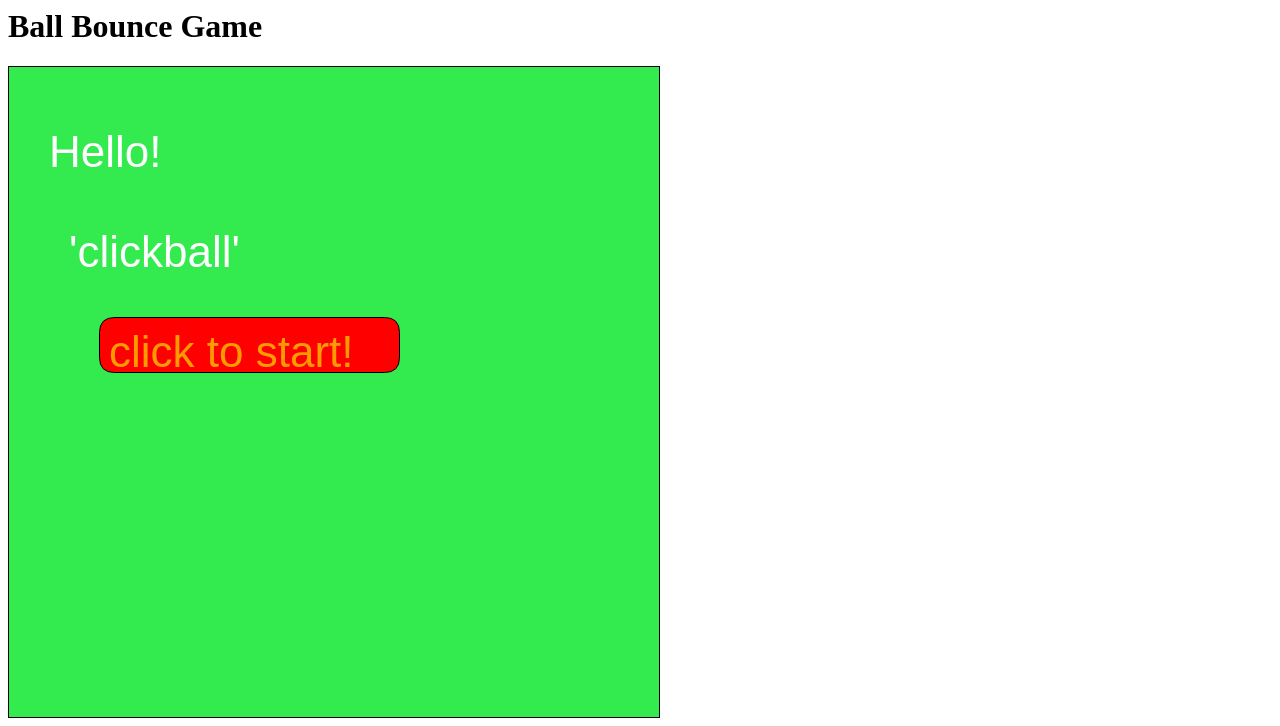
Repository: Alanabarger246/Alanabarger246.github.io
Page: ballbounce.html
The author's editor kept a record of every edit. The page is drawn from the files as they stood at one moment, then again after the next edit.
The browser window is 1280 px wide. The pictures show the whole page.

Above is the page before.

### ballbounce.html
<!Doctype: HTML w/ Processing>

<html>

  <head>
      <meta http-equiv="Content-Type" content="text/html; charset=UTF-8" />
      <title>Processing Demo</title>
      <script type="text/javascript" src="js/processing.js"></script>
  </head>

  <body>
    <h1>Ball Bounce Game</h1>


    <script type="text/processing">

      //DECLARE VARIABLES
int gameState;
int x, y, Vx, Vy;

// SETUP
void setup(){
  size(650,650);
  gameState=0;
  x=200;
  y=200;
  Vx = 5;
  Vy = 3;
}

//MAIN
void draw(){
  background(52, 235, 79); // green background


  if(gameState==0)
  {
    startScreen();
  }else{
    //BEGIN GAME  --TODO
    ellipse(x,y,30,30);
  }
  x = x + Vx;
  y = y + Vy;
  checkWalls();
}


//make the ball bounce
void checkWalls(){
  if (x > width || x < 0)
  {
    Vx = -Vx;
  }
  if (y > height || y < 0)
  {
    Vy = -Vy;
  }
}

void startScreen(){
  textSize(44);
  fill(255); //white
  text("Hello!",40,100);
  text("'clickball'",60,200);
  if(mouseX > 95 && mouseX < 395 && mouseY > 265 && mouseY < 310){
    fill(219, 52, 235); //purple
    if(mousePressed){
      gameState=1;

    }
  }
  else{
    fill(255,0,0);  //red
  }
  rect(90,250,300,55,15);
  fill(255,155,0); //orange
  text("click to start!",100,300);
}




    </script>
    <canvas id="sketch" style="border: 1px solid black;"></canvas>

  </body>

</html>

Loaded but not shown: js/processing.js (library)

After the next edit:
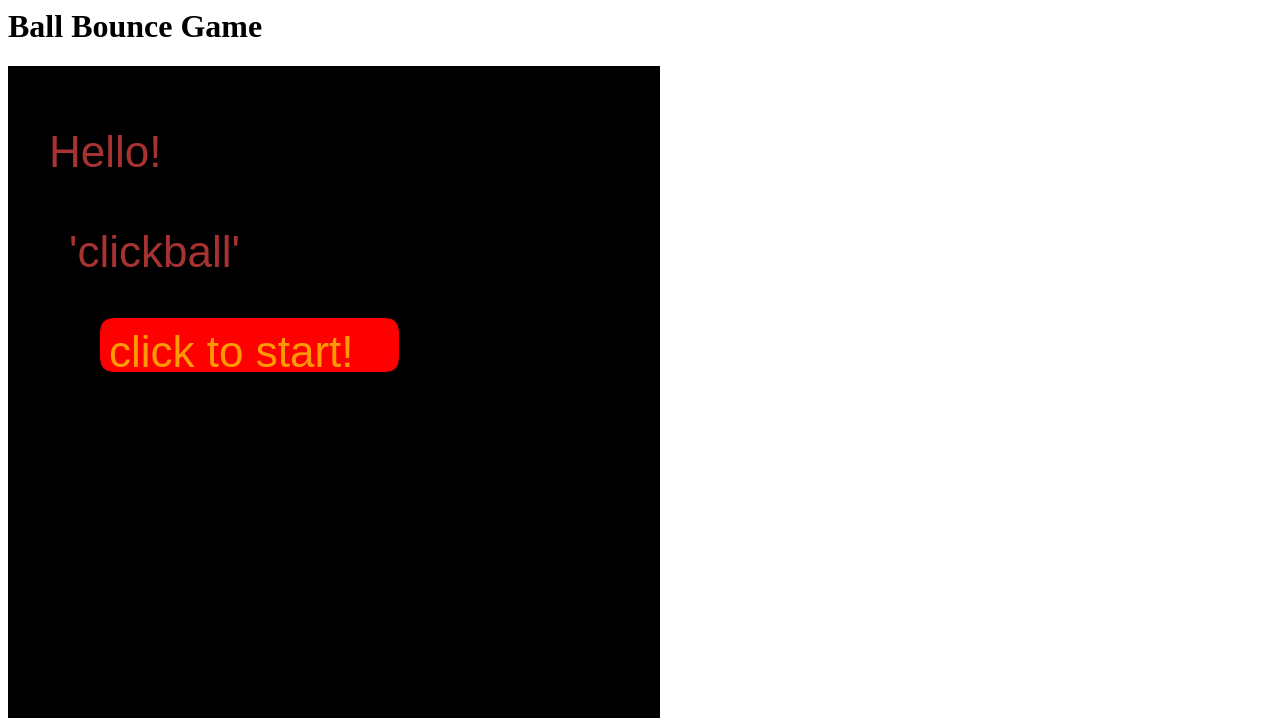
The edit:
--- a/ballbounce.html
+++ b/ballbounce.html
@@ -13,10 +13,12 @@
 
 
     <script type="text/processing">
-
-      //DECLARE VARIABLES
+    //DECLARE VARIABLES
 int gameState;
 int x, y, Vx, Vy;
+int score;
+
+
 
 // SETUP
 void setup(){
@@ -24,8 +26,11 @@
   gameState=0;
   x=200;
   y=200;
-  Vx = 5;
-  Vy = 3;
+  Vx = 10;
+  Vy = 6;
+  size(650, 650);
+  textSize(30);
+
 }
 
 //MAIN
@@ -39,10 +44,13 @@
   }else{
     //BEGIN GAME  --TODO
     ellipse(x,y,30,30);
-  }
+
   x = x + Vx;
   y = y + Vy;
   checkWalls();
+  text("Score: " + score, 50, 60);
+  //text("Last try: ", 220, 60);
+  }
 }
 
 
@@ -59,8 +67,9 @@
 }
 
 void startScreen(){
+  background(0);
   textSize(44);
-  fill(255); //white
+  fill(168, 50, 50); //red
   text("Hello!",40,100);
   text("'clickball'",60,200);
   if(mouseX > 95 && mouseX < 395 && mouseY > 265 && mouseY < 310){
@@ -78,6 +87,15 @@
   text("click to start!",100,300);
 }
 
+void mousePressed()
+{
+  if(abs(mouseX - x)< 30 && abs(mouseY - y) < 30)
+  {
+     score++;
+  }
+}
+
+
 
 
 
